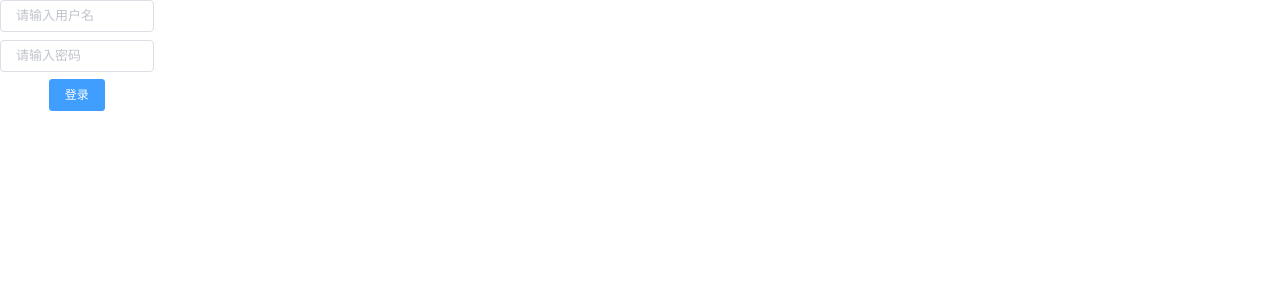
Repository: faintout/backMng
Page: /#/login (app in backmng/)
These files come from the project's save history. The page is drawn as it stood at one moment and after the next save; the edit follows.
The browser window is 1280 px wide. The pictures show the whole page.
The project was rebuilt for these pictures with package versions that can differ from the ones it lists, and the page was loaded fresh each time. Also part of the build but not shown: backmng/vue.config.js, backmng/src/views/headerTop.vue, backmng/src/views/layout.vue, backmng/src/views/_index.vue, backmng/src/views/addList.vue, backmng/src/views/list.vue.

Above is the page before, as saved 2020-12-30 19:32:09.

After the next save:
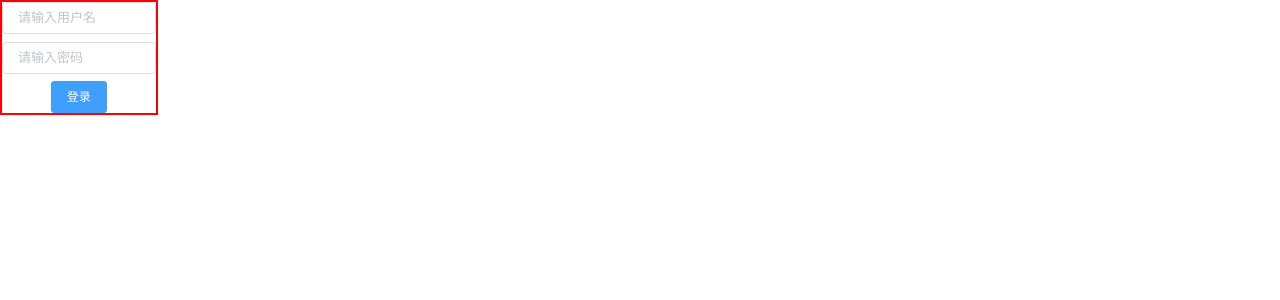
Saved 21 s later.
--- a/backmng/src/views/login.vue
+++ b/backmng/src/views/login.vue
@@ -51,6 +51,7 @@
 <style lang="less" scoped>
 .login_contnet{
     width: 12%;
+    border: 2px solid red;
 }
 .bgc{
     width: 100%;
